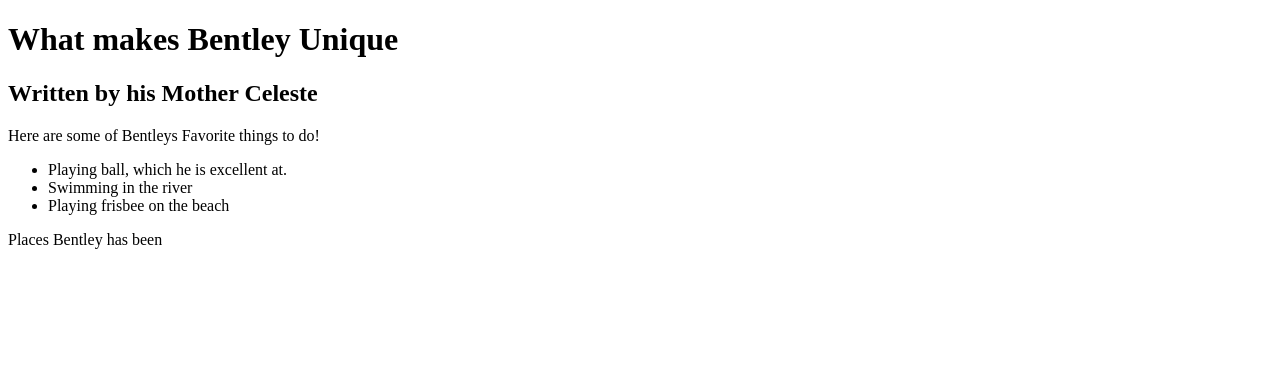
Repository: fieldceleste/bentley-boy
Page: bentley-boy.html
These files come from the project's save history. The page is drawn as it stood at one moment and after the next save; the edit follows.
The browser window is 1280 px wide. The pictures show the whole page.

Above is the page before, as saved 2019-10-22 22:06:52.

### bentley-boy.html
<!DOCTYPE html>
<html>
  <head>
    <title>My dog Bentley</title>
  </head>
  <body>
    <h1>What makes Bentley Unique</h1>
    <h2>Written by his Mother Celeste</h2>
    <p>Here are some of Bentleys Favorite things to do!</p>
    <ul>
      <li>Playing ball, which he is excellent at.</li>
      <li>Swimming in the river</li>
      <li>Playing frisbee on the beach</li>
    </ul>
    <p>Places Bentley has been</p>




  </body>
</html>

After the next save:
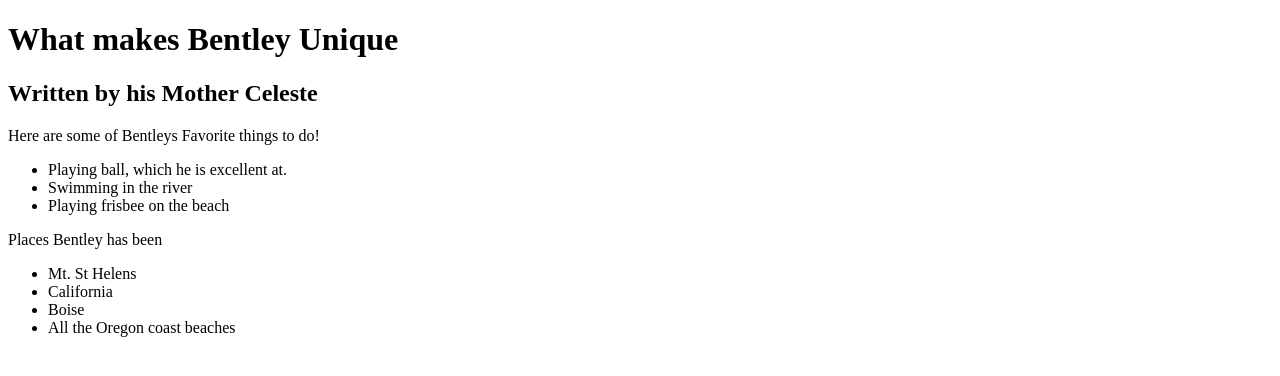
Saved 3 min 53 s later.
--- a/bentley-boy.html
+++ b/bentley-boy.html
@@ -13,6 +13,14 @@
       <li>Playing frisbee on the beach</li>
     </ul>
     <p>Places Bentley has been</p>
+    <ul>
+      <li>Mt. St Helens
+      <li>California</li>
+      <li>Boise</li>
+      <li>All the Oregon coast beaches</li>
+    </ul>
+
+
 
 
 
